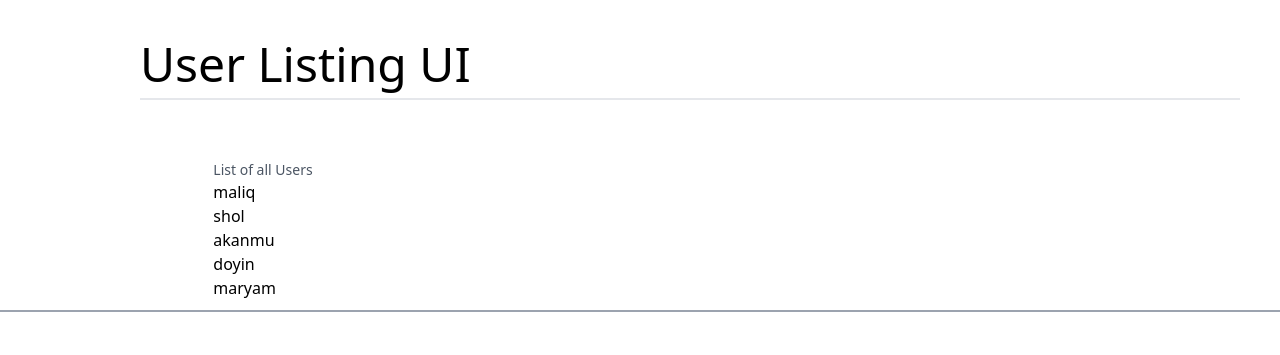
Repository: Marlstergo/listings
Page: /view (app in client/)
These files come from the project's save history. The page is drawn as it stood at one moment and after the next save; the edit follows.
The browser window is 1280 px wide. The pictures show the whole page.
The project was rebuilt for these pictures with package versions that can differ from the ones it lists, and the page was loaded fresh each time. Also part of the build but not shown: client/craco.config.js, client/src/components/Loader.js, client/src/components/Order.js, client/src/components/Modal.js. Imported but missing from the stored project, and not drawn on this page: client/src/components/Base, client/src/components/Toppings.

Above is the page before, as saved 2021-07-20 22:01:35.

After the next save:
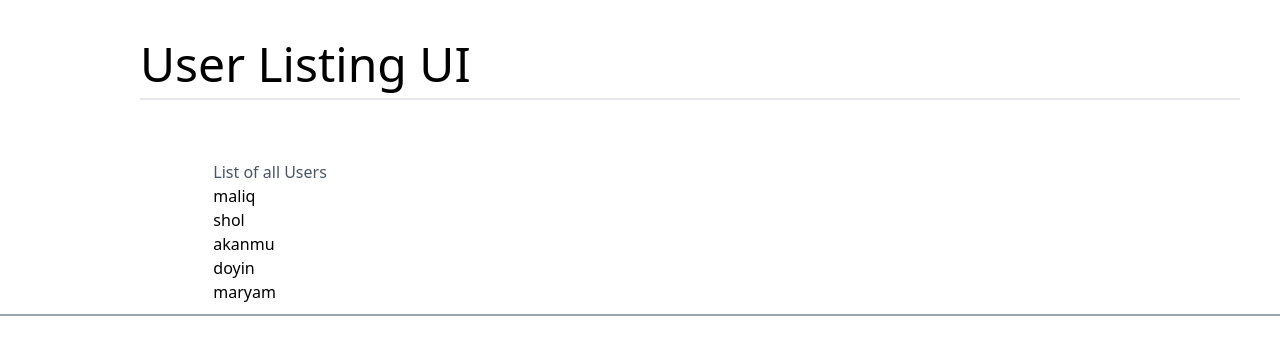
Saved 8 s later.
--- a/client/src/components/Home.js
+++ b/client/src/components/Home.js
@@ -39,7 +39,7 @@ const Home = () => {
       exit="exit"
     >
       <div className="w-2/3 ">
-        <h1 className="text-sm text-gray-600">List of all Users</h1>
+        <h1 className="text-gray-600">List of all Users</h1>
         <ul>
           {users.map(
             (user) => (
